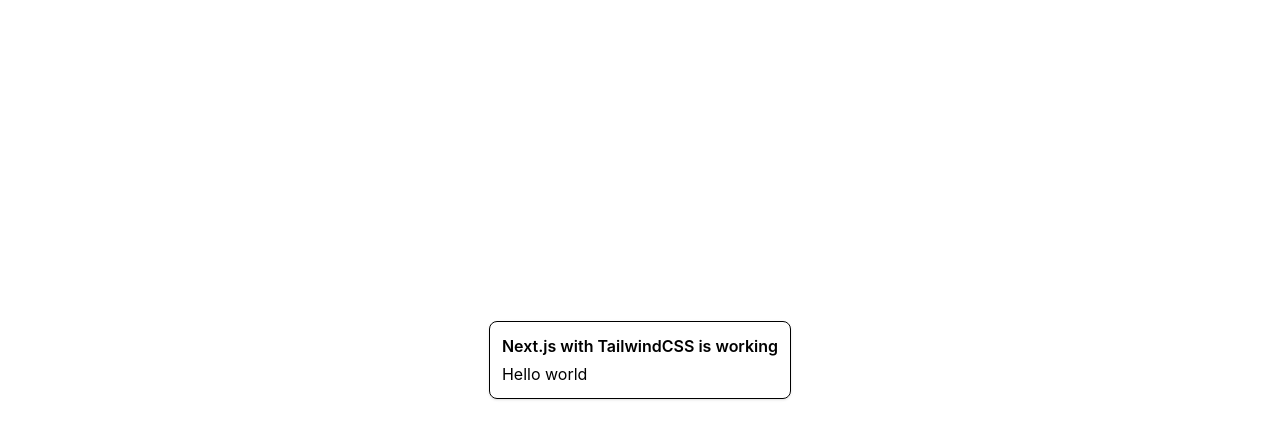
Repository: vignesh33654/resizablesidebar
Page: /
An editor plug-in stored every save of this project. The page is shown before and after the next save, followed by the edit.
The browser window is 1280 px wide. The pictures show the whole page.
The project was rebuilt for these pictures with package versions that can differ from the ones it lists, and the page was loaded fresh each time.

Above is the page before, as saved 2025-11-11 10:46:44.

After the next save:
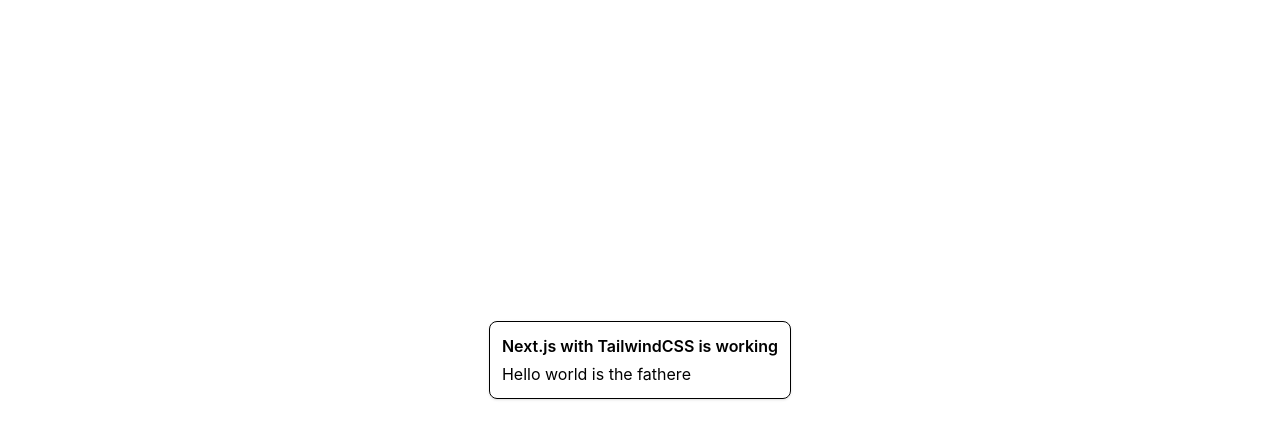
Saved 12 s later.
--- a/src/App.tsx
+++ b/src/App.tsx
@@ -10,7 +10,7 @@
             Next.js with TailwindCSS is working
           </h3>
           <div className="text-color-tertiary ">
-            Hello world
+            Hello world is the fathere
           </div>
       </div>
       </div>
